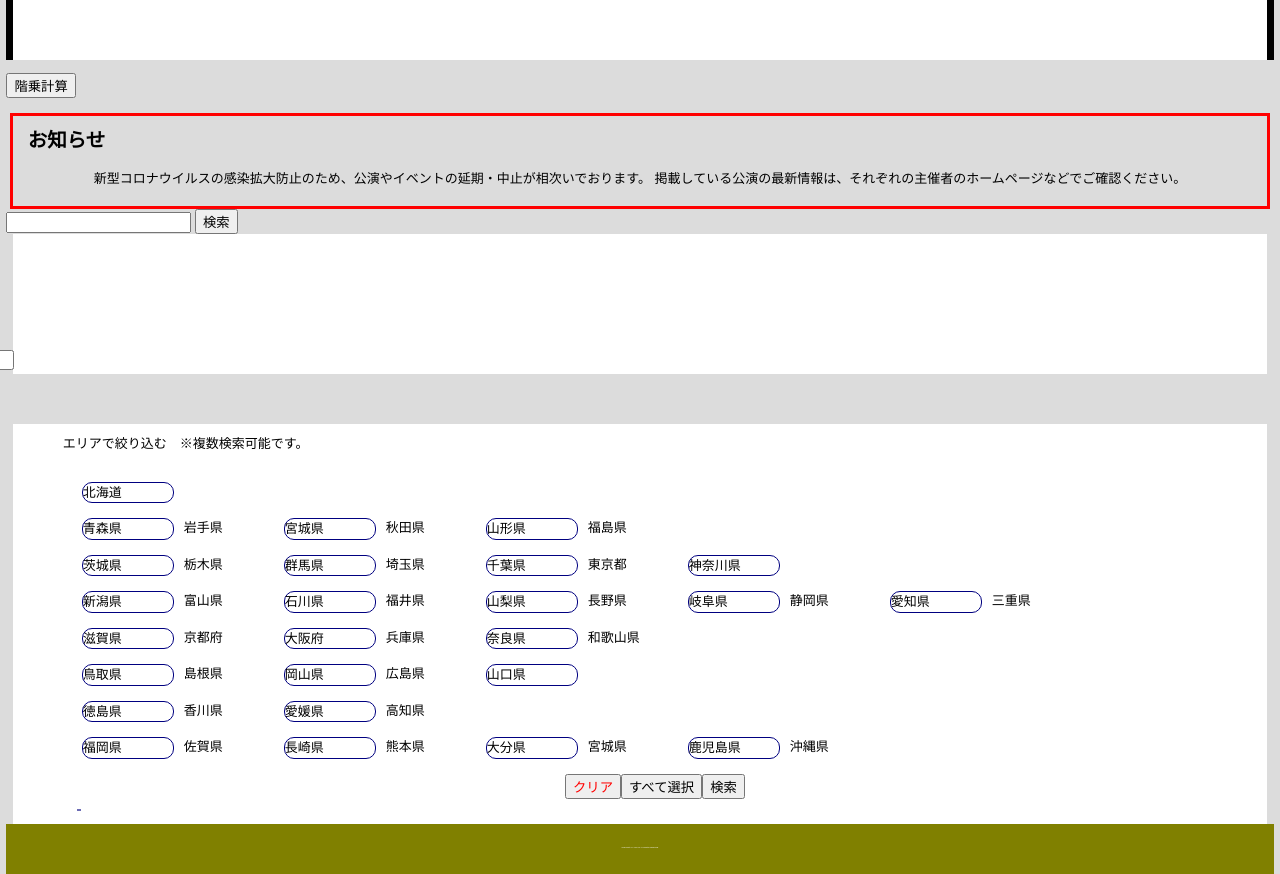
Repository: onomasaki-sapporo/masa-walker
Page: http://localhost/
The author's editor kept a record of every edit. The page is drawn from the files as they stood at one moment, then again after the next edit.
The browser window is 1280 px wide. The pictures show the whole page.
The page is run by PHP 8.4 with error messages shown; the project is at /var/www/html/. Queries for data that is not in the repository find no rows.

Above is the page before.

After the next edit:
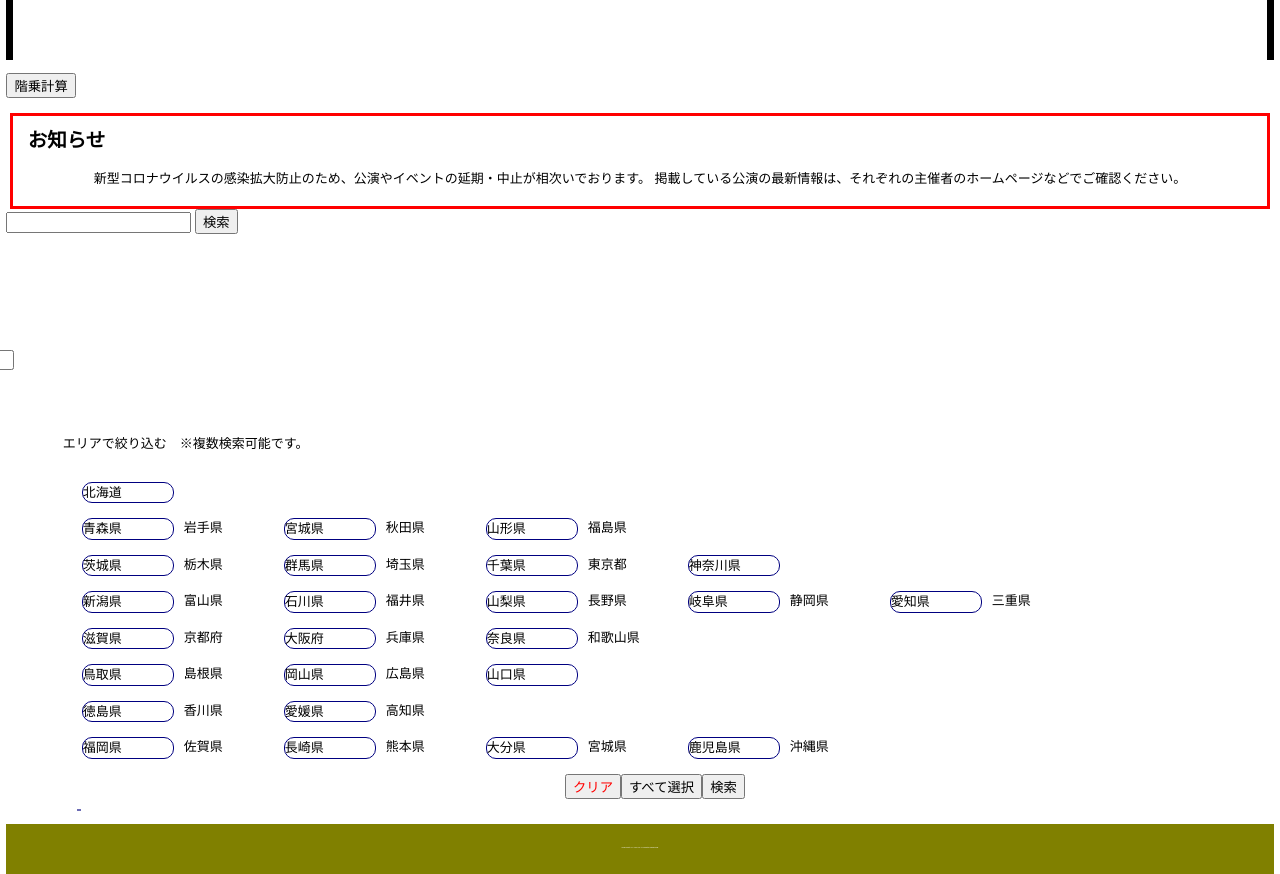
The edit:
--- a/htdocs/css/stylesheet.1.css
+++ b/htdocs/css/stylesheet.1.css
@@ -6,7 +6,7 @@
 	font-family: "ヒラギノ角ゴ Pro W3", "Hiragino Kaku Gothic Pro", "メイリオ", Meiryo, Osaka, "ＭＳ Ｐゴシック", "MS PGothic", sans-serif;
 	font-size: 13px;
 	line-height: 150%;
-	background-color: #dcdcdc;
+	/*background-color: #dcdcdc;*/
 }
 
 #wrapper {
